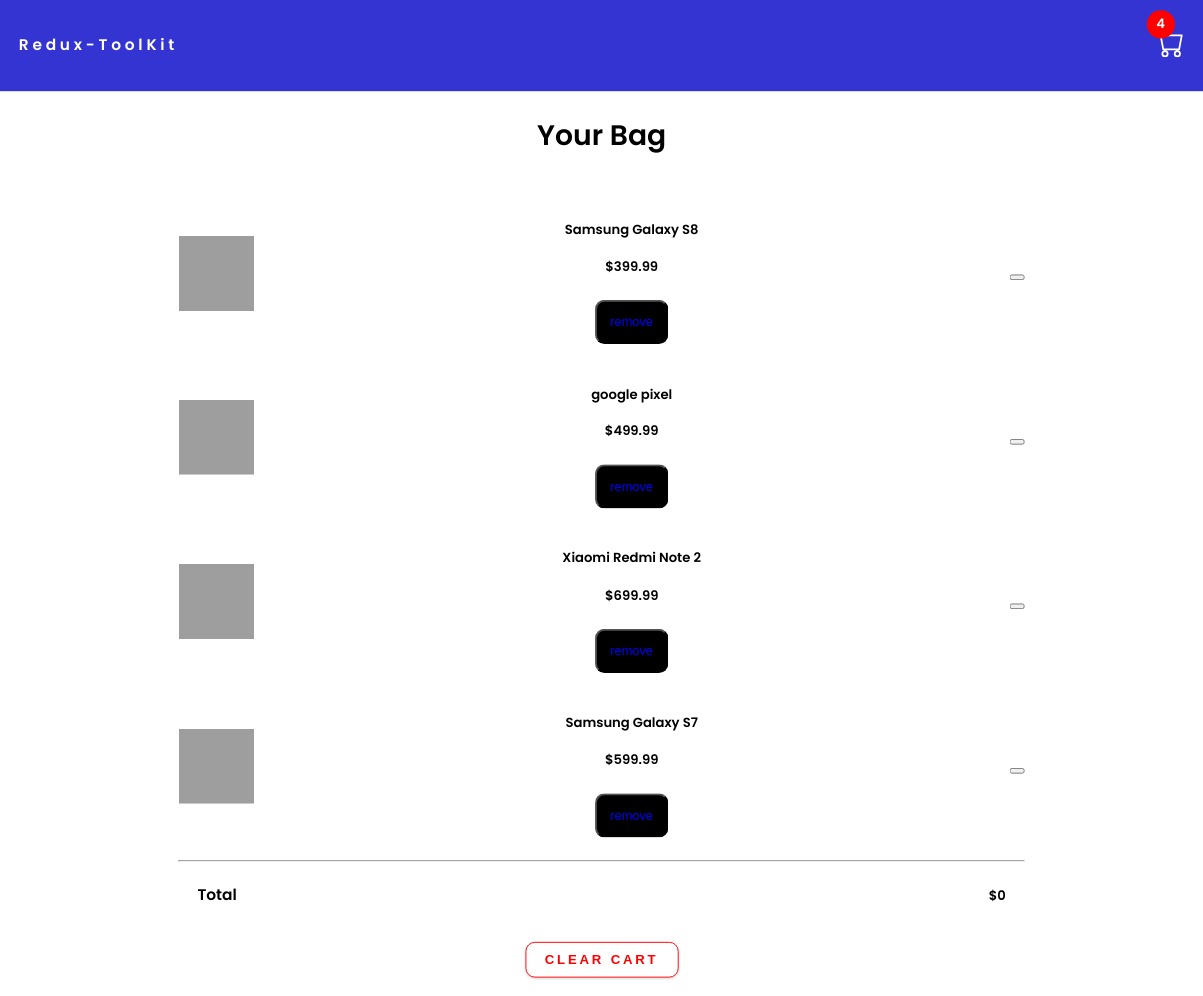
Repository: OmniaRafat232111121/shoppingCart
Page: /
The author's editor kept a copy of each file at every save. The page is drawn from the files as they stood at one save, then again after a run of saves.
The browser window is 1280 px wide. The pictures show the whole page, at 94% of full size.
Pictures or frames that could not be fetched are drawn as grey boxes. The project was rebuilt for these pictures with package versions that can differ from the ones it lists, and the page was loaded fresh each time.

Above is the page before, as saved 2023-02-07 17:58:36.

### src/index.js
import React from 'react';
import ReactDOM from 'react-dom/client';
import './index.css';
import App from './App';
import { Provider } from 'react-redux';
import { store } from './store';
const root = ReactDOM.createRoot(document.getElementById('root'));
root.render(
  <React.StrictMode>
    <Provider store={store}>
      <App />
    </Provider>
  </React.StrictMode>
);

### src/index.css
@import url('https://fonts.googleapis.com/css2?family=Poppins:ital,wght@0,100;0,200;0,600;1,100;1,200;1,500;1,600&display=swap');
body {
  margin:0;
  padding:0;
  box-sizing: border-box;
  line-height: 1.5;
  font-size: 0.875rem;
  font-family: 'Poppins', sans-serif;
}
nav{
  background-color: rgb(52, 52, 211);
  padding:20px 20px;
}
.nav-center{
  display: flex;
  align-items: center;
  justify-content: space-between;
  width:100%;
  color:#fff;
  margin:0 auto;
}
.nav-center h3{
  letter-spacing: 4px;
}
.nav-center h3:hover{
  letter-spacing: 2px;
}
.nav-container{
  position: relative;
}
.amount-container{
  position: absolute;
  top:-20px;
  left:-10px;
  background-color: red;
  border-radius: 50%;

  width:30px;
  height:30px;
}
.total-amount{
  position: absolute;
  left:10px;
  top:-10px;
  text-align: center;
 font-weight: bold;
}
.cart{
  width:100%;
  max-width: 900px;
  margin:0 auto;
  text-align: center;
}

.cart h2 {
  text-transform: capitalize;
  text-align: center;
  margin-bottom: 3rem;
  font-size: 30px;
}
.empty-cart{
    text-transform: lowercase;
  color: rgb(70, 70, 70);
  margin-top: 1rem;
  text-align: center;
}
.cart-total{
  display: flex;
  justify-content: space-between;
  align-items: center;
  padding:0 20px;

}
.btn {
  text-transform: uppercase;
  background: green;
  color: #fff;
  padding: 0.375rem 0.75rem;
  letter-spacing: 1.2;
  display: inline-block;
  font-weight: 700;
  transition: 0.3;
  font-size: 0.875rem;
  border: none;
  cursor: pointer;
  box-shadow: 0 1px 3px rgba(0, 0, 0, 0.2);
}
.btn:hover {
  color: #fff;
  background-color:red;
}
.clear-btn{
   background: transparent;
  padding: 10px 20px;
  letter-spacing: 3px;
  color: red;
  border: 1px solid red;
  margin-top: 20px;
    margin-bottom: 20px;
  border-radius:10px;
}
/*cartItem*/
.cart-item {
  display: grid;
  align-items: center;
  grid-template-columns: auto 1fr auto;
  grid-column-gap: 1.5rem;
  margin: 1.5rem 0;
}
.cart-item img {
  width: 5rem;
  height: 5rem;
  object-fit: cover;
}

.remove-btn {
  color:blue;
  background-color: #000;
  border-radius: 10px;
  padding: 14px ;
  letter-spacing: 1.3;
  cursor: pointer;
  font-size: 0.85rem;


  margin-top: 0.375rem;
  transition:0.3;
}
.remove-btn:hover {
  color: #fff;
}

### src/App.js
import './App.css';
import CartContainer from './Component/CartContainer';
import Navbar from './Component/Navbar';

function App() {
  return (
    <div className="App">
      <Navbar />
      <CartContainer/>
    </div>
  );
}

export default App;

### src/store.js
import { configureStore } from "@reduxjs/toolkit";
import cartReducer from './features/cart/cartSlice'
export const store = configureStore({
    reducer: {
        cart:cartReducer
    }
})

### src/Component/CartContainer.js
import React from 'react'
import { useSelector } from 'react-redux'
import CartItem from './CartItem';

const CartContainer = () => {
    const { amount, total, cartItems } = useSelector((state) => state.cart);
    if (amount < 1) {
        return (
            <section className='cart'>
                <header>
                    <h2>Your bag</h2>
                    <h4 className='empty-cart'>is Currently empty</h4>
                </header>

            </section>
        )
    }
  return (
      <div className='cart'>
          <header >
              <h2>Your bag</h2>
          </header>
          <div className="cart-Item">
              {cartItems.map((item) => {
                  return (
                      <CartItem key={item.id } {...item} />
                  )
              })}
          </div>
          <footer>
              <hr />
              <div className='cart-total'>
                  <h3>Total</h3>
                  <h4>${ total}</h4>
              </div>
               <button className='btn clear-btn'>clear cart</button>
          </footer>
     </div>
  )
}

export default CartContainer

### src/Component/Navbar.js
import React from 'react'
import { useSelector } from 'react-redux';
import {BsCart} from 'react-icons/bs'
const Navbar = () => {
    const data=useSelector((state)=>state.cart)
  return (
      <>
          <nav>
              <div className='nav-center'>
                  <h3>Redux-ToolKit</h3>
                  <div className='nav-container'>
                      <BsCart size={30}  />
                      <div className='amount-container'>
                          <p className='total-amount'>{data.amount}</p>
          </div>
                  </div>

              </div>
          </nav>
      </>
  )
}

export default Navbar

### src/features/cart/cartSlice.js
import { createSlice } from "@reduxjs/toolkit";
import cartItems from "../../cartItems";
const initialState = {
    cartItems: cartItems,
    amount: 4,
    total: 0,
    isLoading:true
}
  const cartSlice = createSlice({
    name: 'cart',
    initialState,
})
console.log(cartSlice)
export default cartSlice.reducer

### src/Component/CartItem.js
import React from 'react'

const CartItem = ({id,img,title,price,amount}) => {
  return (
      <article className='cart-item'>
          <img src={img } alt={title} />
          <div>
              <h4>{title}</h4>
              <h4>${price}</h4>

        <button className='remove-btn'>remove</button>
          </div>
          <div>
              <button className='amount-btn'>

              </button>
          </div>
      </article>
  )
}

export default CartItem

### src/cartItems.js
const cartItems = [
  {
    id: 'rec1JZlfCIBOPdcT2',
    title: 'Samsung Galaxy S8',
    price: '399.99',
    img: 'https://dl.airtable.com/.attachments/64b266ad865098befbda3c3577a773c9/24497852/yedjpkwxljtb75t3tezl.png',
    amount: 1,
  },
  {
    id: 'recB6qcHPxb62YJ75',
    title: 'google pixel',
    price: '499.99',
    img: 'https://dl.airtable.com/.attachments/91c88ae8c1580e2b762ecb3f73ed1eed/a633139a/phone-1_gvesln.png',
    amount: 1,
  },
  {
    id: 'recdRxBsE14Rr2VuJ',
    title: 'Xiaomi Redmi Note 2',
    price: '699.99',
    img: 'https://dl.airtable.com/.attachments/bae9208dc34f35128749ecda5b999e84/337c285d/phone-3_h2s6fo.png',
    amount: 1,
  },
  {
    id: 'recwTo160XST3PIoW',
    title: 'Samsung Galaxy S7',
    price: '599.99 ',
    img: 'https://dl.airtable.com/.attachments/91ee456448cef47deec553a2ea3fa8ad/b08bec68/phone-2_ohtt5s.png',
    amount: 1,
  },
];

export default cartItems;

Loaded but not shown: public/index.html (common file); src/App.css (common file)

After the next 7 saves:
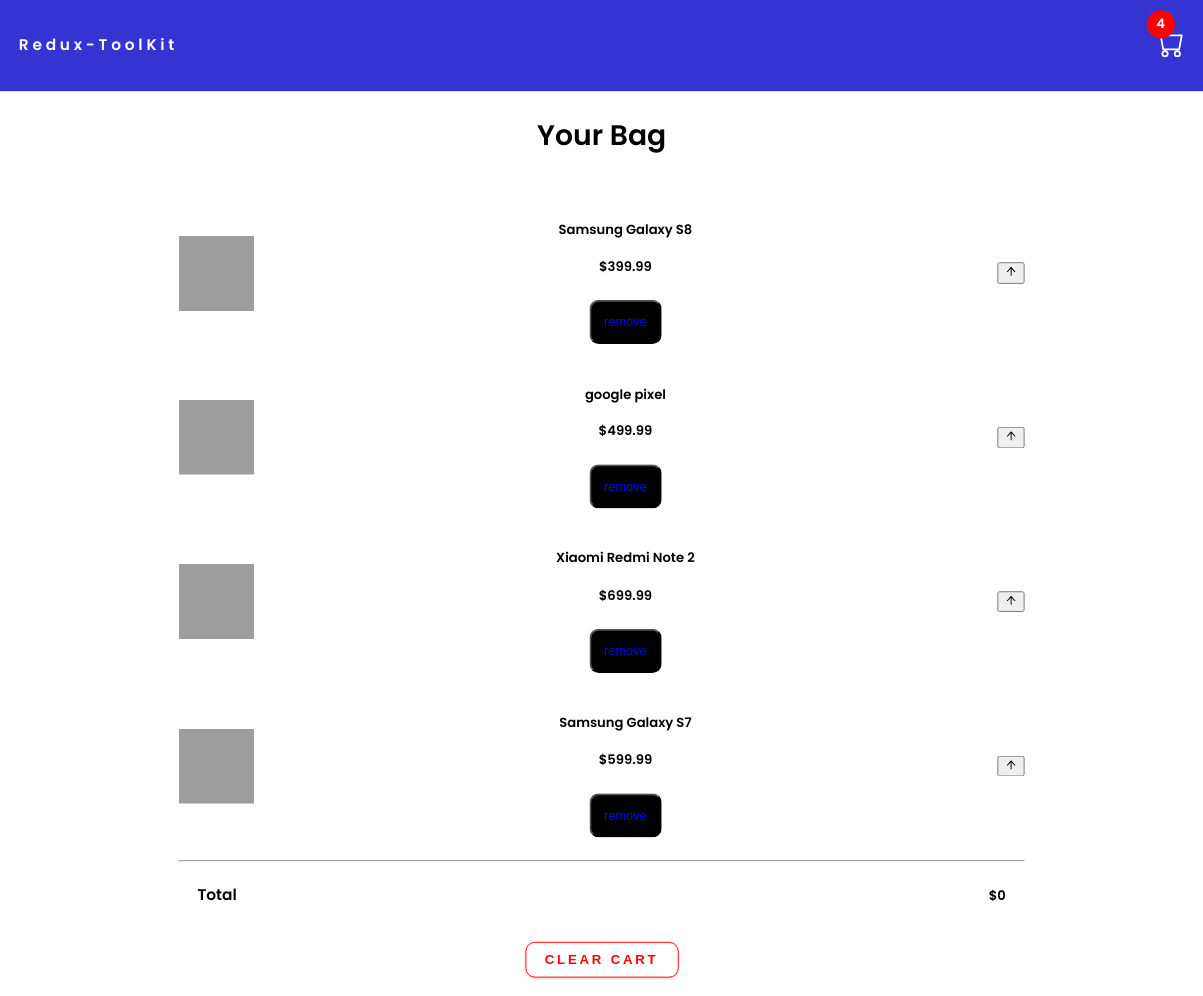
The 7 saves are shown as one change because 2 did not build or start and some came seconds apart.
The last was saved 49 s later.
--- a/src/Component/CartItem.js
+++ b/src/Component/CartItem.js
@@ -1,5 +1,5 @@
 import React from 'react'
-
+import {AiOutlineArrowUp} from 'react-icons/ai'
 const CartItem = ({id,img,title,price,amount}) => {
   return (
       <article className='cart-item'>
@@ -12,7 +12,7 @@
           </div>
           <div>
               <button className='amount-btn'>
-
+                  <AiOutlineArrowUp/>
               </button>
           </div>
       </article>
